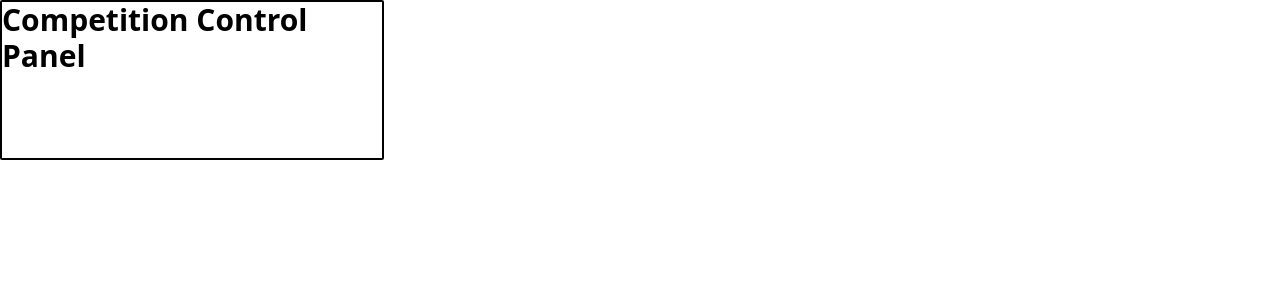
Repository: techieRahul17/blackoutscreen
Page: public/admin1.html
An editor plug-in stored every save of this project. The page is shown before and after a run of saves, followed by the edit.
The browser window is 1280 px wide. The pictures show the whole page.
Some web libraries are served in a nearby version.

Above is the page before, as saved 2025-08-28 19:14:18.

### public/admin1.html
<!DOCTYPE html>
<html>
<head>
    <title>Admin Page</title>
    <script src="https://cdn.tailwindcss.com"></script>
    <div>
      <div class="w-96 h-40 rounded-sm border-2 border-black">
       <h1 class="text-3xl font-bold text-black">Competition Control Panel</h1>


    </div>

    </div>
</head>
<body>

</body>





</html>

After the next 2 saves:
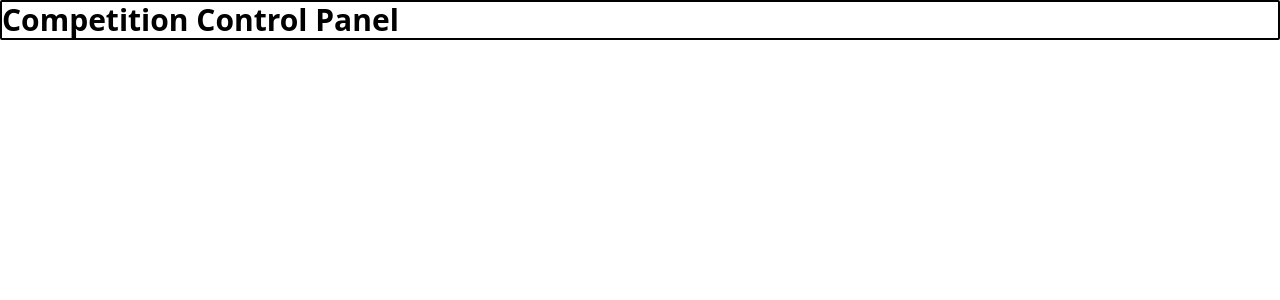
The 2 saves are shown as one change because they came seconds apart.
The last was saved 12 s later.
--- a/public/admin1.html
+++ b/public/admin1.html
@@ -4,7 +4,7 @@
     <title>Admin Page</title>
     <script src="https://cdn.tailwindcss.com"></script>
     <div>
-      <div class="w-96 h-40 rounded-sm border-2 border-black">
+      <div class="w-200 h-10 rounded-sm border-2 border-black">
        <h1 class="text-3xl font-bold text-black">Competition Control Panel</h1>
 
 
